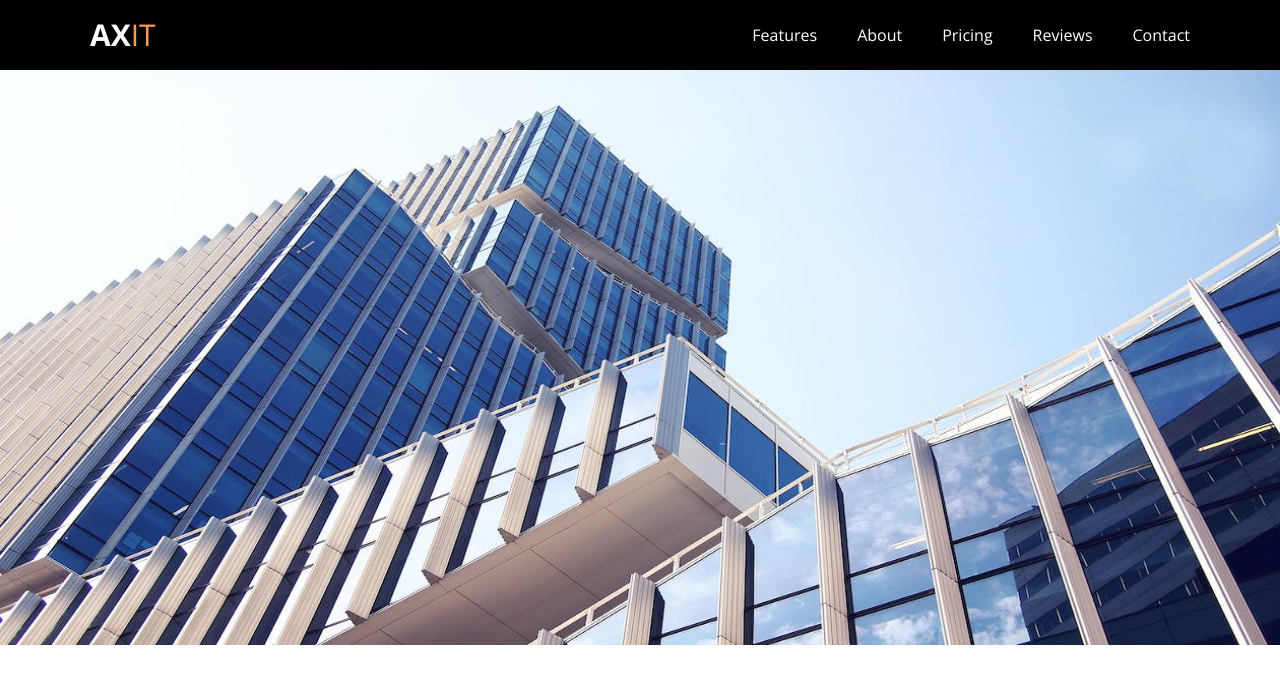
Repository: dinhtri123/axureThems
Page: index.html
The author's editor kept a copy of each file at every save. The page is drawn from the files as they stood at one save, then again after a run of saves.
The browser window is 1280 px wide. The pictures show the whole page.

Above is the page before, as saved 2023-02-11 15:05:39.

### index.html
<!DOCTYPE html>
<html lang="en">
  <head>
    <meta charset="UTF-8" />
    <meta http-equiv="X-UA-Compatible" content="IE=edge" />
    <meta name="viewport" content="width=device-width, initial-scale=1.0" />
    <title>Axure Themes</title>
    <script
      type="module"
      src="https://unpkg.com/ionicons@5.5.2/dist/ionicons/ionicons.esm.js"
    ></script>
    <script
      nomodule
      src="https://unpkg.com/ionicons@5.5.2/dist/ionicons/ionicons.js"
    ></script>
    <link rel="stylesheet" href="style.css" />
  </head>
  <body>
    <header>
      <div class="container headerMain">
        <a href="index.html" class="logo">
          <span>AX</span>
          <span>IT</span>
        </a>
        <nav>
          <ul>
            <li><a href="#">Features</a></li>
            <li><a href="#">About</a></li>
            <li><a href="#">Pricing</a></li>
            <li><a href="#">Reviews</a></li>
            <li><a href="#">Contact</a></li>
          </ul>
        </nav>
      </div>
    </header>
    <div class="banner">
        <div class="imageBanner">
            <img src="./image/banner.jpeg" alt="">
        </div>
      <div class="container bannerMain">
        <div class="bannerLeft">
          <a href="index.html" class="logo logoBanner">
            <span>AX</span>
            <span>IT</span>
          </a>
          <h3>MODERN AXURE TEMPLATE FOR BEAUTIFUL PROTOTYPES</h3>
          <span></span>
          <p>
            Lorem ipsum dolor sit amet, consectetur adipiscing elit. Aenean
            euismod bibendum laoreet. Proin gravida dolor sit amet lacus
            accumsan et viverra justo commodo.
          </p>
          <button class="btn">Download</button>
        </div>
        <div class="bannerRight"></div>
      </div>
    </div>
  </body>
</html>

### style.css
@import url("https://fonts.googleapis.com/css2?family=Open+Sans:wght@400;500;600;700&display=swap");
* {
  margin: 0;
  padding: 0;
  box-sizing: border-box;
  scroll-behavior: smooth;
}
:root{
    --bg-black : #000;
    --bg-white: #fff;
}
body {
  font-family: "Open Sans", sans-serif;
  font-weight: 400;
  font-size: 16px;
  line-height: 1;
  width: 100%;
  max-height: 100vh;
  height: 100%;
  color:var(--bg-white);
}

.container {
  max-width: 1100px;
  width: 100%;
  height: 100%;
  margin: 0px auto;
}

header{
    width:100%;
    height:70px;
    background:var(--bg-black);
}
.headerMain{
    display: flex;
    justify-content: space-between;
    align-items: center;
}
.logo{
    display:flex;
    text-decoration: none;
    font-size:30px;
}
.logo span:first-child{
    font-weight:700;
    color:var(--bg-white);
}
.logo span:last-child{
    font-weight: 400;
    color: #ff9b51;
}
nav ul {
    display:flex;
    align-items: center;
    gap:40px;
    list-style: none;
}
nav ul li a{
    text-decoration: none;
    color:var(--bg-white);
}

/* --------------------- */

/* --------BANNER------------ */

.banner{
    width: 100%;
    background:var(--bg-black);
    position: relative;
}
.imageBanner{
    position: absolute;
    inset:0;
    width:100%;
    height:100%;
}
.imageBanner img{
    width: 100%;height: 100%;
}
.bannerMain{
    padding:100px 0px;
    display:grid;
    grid-template-columns: repeat(2, 1fr);
    gap:50px;
}
.bannerLeft{
    display:flex;
    flex-direction: column;
    gap:30px;
}
.bannerRight{
    display:flex;
    justify-content: end;
    align-items:center;
}

.logoBanner{
    font-size: 40px;
}
.bannerLeft > h3{
    font-size:40px;
    font-weight:500;
}
.bannerLeft > span{
    width: 70px;
    height:2px;
    background-color: var(--bg-white);
    border-radius:8px;
}
.bannerLeft > p{

}
.btn{
    width:135px;
    height:45px;
    border:2px solid var(--bg-white);
    display: flex;
    justify-content: center;
    align-items: center;
    font-weight: 600;

}

After the next 3 saves:
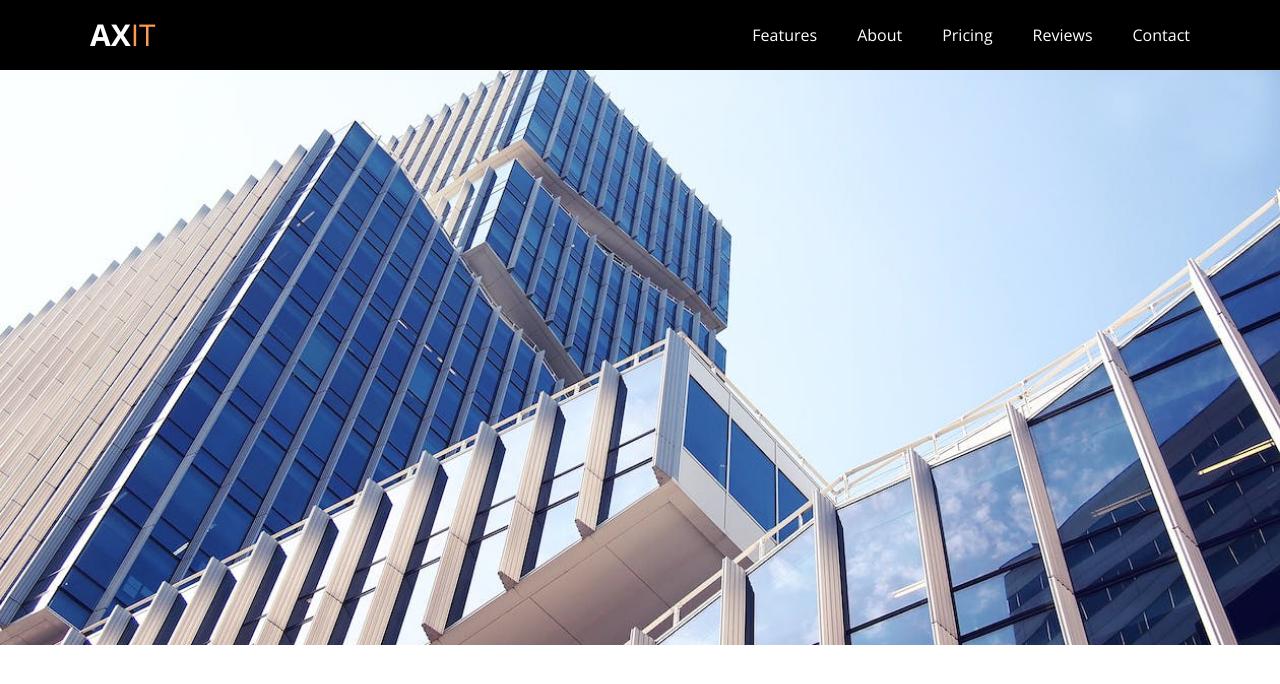
The 3 saves are shown as one change because they came seconds apart.
The last was saved 8 s later.
--- a/style.css
+++ b/style.css
@@ -5,9 +5,9 @@
   box-sizing: border-box;
   scroll-behavior: smooth;
 }
-:root{
-    --bg-black : #000;
-    --bg-white: #fff;
+:root {
+  --bg-black: #000;
+  --bg-white: #fff;
 }
 body {
   font-family: "Open Sans", sans-serif;
@@ -17,7 +17,7 @@ body {
   width: 100%;
   max-height: 100vh;
   height: 100%;
-  color:var(--bg-white);
+  color: var(--bg-white);
 }
 
 .container {
@@ -27,98 +27,98 @@ body {
   margin: 0px auto;
 }
 
-header{
-    width:100%;
-    height:70px;
-    background:var(--bg-black);
+header {
+  width: 100%;
+  height: 70px;
+  background: var(--bg-black);
 }
-.headerMain{
-    display: flex;
-    justify-content: space-between;
-    align-items: center;
+.headerMain {
+  display: flex;
+  justify-content: space-between;
+  align-items: center;
 }
-.logo{
-    display:flex;
-    text-decoration: none;
-    font-size:30px;
+.logo {
+  display: flex;
+  text-decoration: none;
+  font-size: 30px;
 }
-.logo span:first-child{
-    font-weight:700;
-    color:var(--bg-white);
+.logo span:first-child {
+  font-weight: 700;
+  color: var(--bg-white);
 }
-.logo span:last-child{
-    font-weight: 400;
-    color: #ff9b51;
+.logo span:last-child {
+  font-weight: 400;
+  color: #ff9b51;
 }
 nav ul {
-    display:flex;
-    align-items: center;
-    gap:40px;
-    list-style: none;
+  display: flex;
+  align-items: center;
+  gap: 40px;
+  list-style: none;
 }
-nav ul li a{
-    text-decoration: none;
-    color:var(--bg-white);
+nav ul li a {
+  text-decoration: none;
+  color: var(--bg-white);
 }
 
 /* --------------------- */
 
 /* --------BANNER------------ */
 
-.banner{
-    width: 100%;
-    background:var(--bg-black);
-    position: relative;
+.banner {
+  width: 100%;
+  background: var(--bg-black);
+  position: relative;
 }
-.imageBanner{
-    position: absolute;
-    inset:0;
-    width:100%;
-    height:100%;
+.imageBanner {
+  position: absolute;
+  inset: 0;
+  width: 100%;
+  height: 100%;
 }
-.imageBanner img{
-    width: 100%;height: 100%;
+.imageBanner img {
+  width: 100%;
+  height: 100%;
+  object-fit: cover;
 }
-.bannerMain{
-    padding:100px 0px;
-    display:grid;
-    grid-template-columns: repeat(2, 1fr);
-    gap:50px;
+.bannerMain {
+  padding: 100px 0px;
+  display: grid;
+  grid-template-columns: repeat(2, 1fr);
+  gap: 50px;
 }
-.bannerLeft{
-    display:flex;
-    flex-direction: column;
-    gap:30px;
+.bannerLeft {
+  display: flex;
+  flex-direction: column;
+  gap: 30px;
 }
-.bannerRight{
-    display:flex;
-    justify-content: end;
-    align-items:center;
+.bannerRight {
+  display: flex;
+  justify-content: end;
+  align-items: center;
 }
 
-.logoBanner{
-    font-size: 40px;
+.logoBanner {
+  font-size: 40px;
 }
-.bannerLeft > h3{
-    font-size:40px;
-    font-weight:500;
+.bannerLeft > h3 {
+  font-size: 40px;
+  font-weight: 500;
 }
-.bannerLeft > span{
-    width: 70px;
-    height:2px;
-    background-color: var(--bg-white);
-    border-radius:8px;
+.bannerLeft > span {
+  width: 70px;
+  height: 2px;
+  background-color: var(--bg-white);
+  border-radius: 8px;
 }
-.bannerLeft > p{
-
+.bannerLeft > p {
 }
-.btn{
-    width:135px;
-    height:45px;
-    border:2px solid var(--bg-white);
-    display: flex;
-    justify-content: center;
-    align-items: center;
-    font-weight: 600;
-
+.btn {
+  width: 135px;
+  height: 45px;
+  border: 2px solid var(--bg-white);
+  display: flex;
+  justify-content: center;
+  align-items: center;
+  font-weight: 600;
 }
